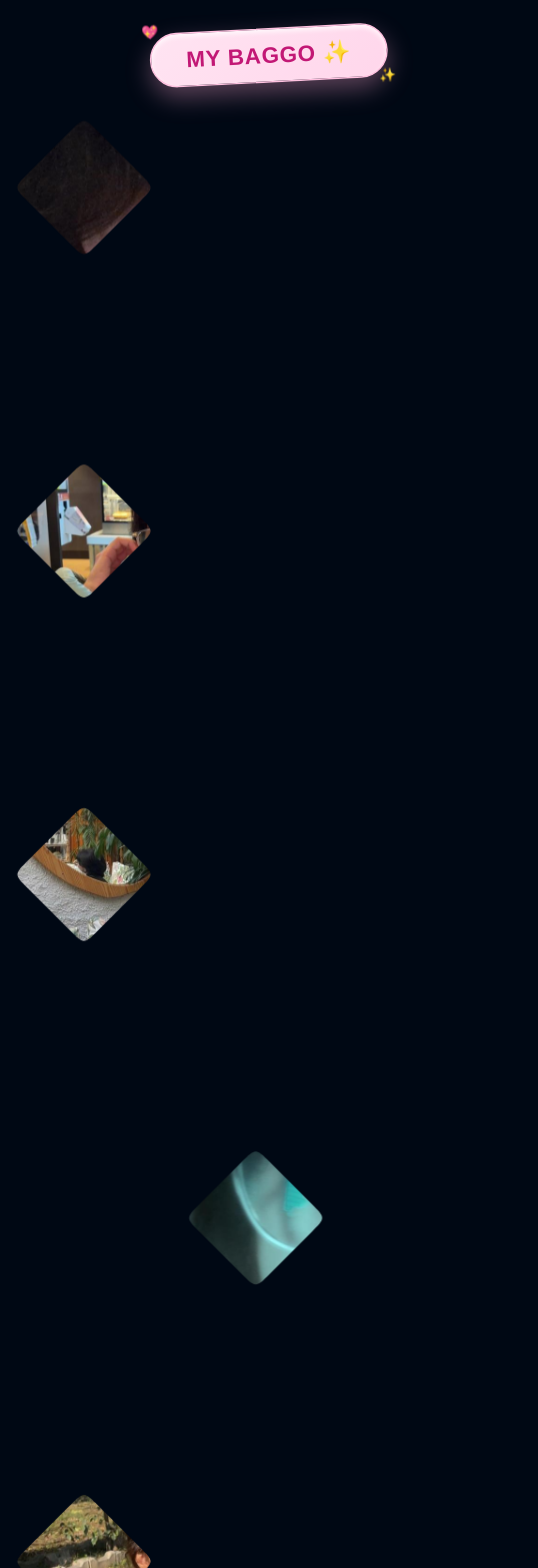
Repository: Drakaarys/muhehe
Page: gallery.html
The author's editor kept a copy of each file at every save. The page is drawn from the files as they stood at one save, then again after the next save.
The browser window is 768 px wide. The pictures show the part of the page from y = 0 to 2240 px (the page is 6579 px tall before and 824 px after), at 70% of full size.

Above is the page before, as saved 2026-02-26 16:19:23.

### gallery.html
<!DOCTYPE html>
<html lang="en">
<head>
<meta charset="UTF-8" />
<meta name="viewport" content="width=device-width, initial-scale=1.0" />
<title>Our Little Gallery ✨</title>

<style>
* {
	margin: 0;
	padding: 0;
	box-sizing: border-box;
}

body {
	min-height: 100vh;
	display: flex;
	justify-content: center;
	align-items: center;
	background: #000814;
	font-family: sans-serif;
}

/* Main container */
.main_container {
	display: flex;
	flex-direction: column;
	align-items: center;
	gap: 50px;
	padding: 40px 20px;
}

/* Heading */
/* 🌸 Super Cute Aesthetic Heading */
.gallery_heading {
	position: relative;
	padding: 18px 50px;
	border-radius: 100px;

	background: linear-gradient(135deg, #ffe4f2, #ffd6eb);
	border: 2px solid #ffc2e0;

	box-shadow:
		0 15px 35px rgba(255, 170, 210, 0.35),
		inset 0 4px 8px rgba(255, 255, 255, 0.8);

	transform: rotate(-3deg);
	transition: all 0.4s ease;
}

.gallery_heading:hover {
	transform: rotate(0deg) scale(1.08);
	box-shadow:
		0 20px 45px rgba(255, 170, 210, 0.5),
		inset 0 4px 10px rgba(255, 255, 255, 0.9);
}

/* 💗 Heading Text */
.gallery_heading p {
	color: #c21875;
	font-size: 2rem;
	font-weight: 700;
	letter-spacing: 1px;
	text-align: center;
}

/* ✨ Floating Decorative Hearts */
.gallery_heading::before,
.gallery_heading::after {
	position: absolute;
	font-size: 1.2rem;
	animation: floatCute 3s ease-in-out infinite;
}

.gallery_heading::before {
	content: "💖";
	top: -12px;
	left: -12px;
}

.gallery_heading::after {
	content: "✨";
	bottom: -12px;
	right: -12px;
	animation-delay: 1.5s;
}

@keyframes floatCute {
	0%,100% { transform: translateY(0); }
	50% { transform: translateY(-6px); }
}

/* Floating animation */
@keyframes floatHeading {
	0%, 100% { transform: translateY(0); }
	50% { transform: translateY(-8px); }
}

/* Gallery Grid */
.gallery_wrapper {
	--img-size: calc(100px - 0.5rem / 2);
	display: grid;
	gap: 0.5rem;
	grid-template-columns: repeat(6, var(--img-size));
	grid-template-rows: repeat(4, var(--img-size));
}

/* Images */
.gallery_wrapper img {
	max-width: 100%;
	aspect-ratio: 1;
	object-fit: cover;
	grid-column: span 2;
	border-radius: 0.5rem;

	clip-path: path(
		"M 80 20 C 100 0 100 0 120 20 C 140 40 160 60 180 80 C 200 100 200 100 180 120 C 160 140 140 160 120 180 C 100 200 100 200 80 180 C 60 160 40 140 20 120 C 0 100 0 100 20 80 Z"
	);

	transition: filter 500ms ease, clip-path 500ms ease;
}

/* Special positioning */
.gallery_wrapper img:nth-of-type(4),
.gallery_wrapper img:nth-of-type(9) {
	grid-column: 2 / span 2;
}

/* Hover effect */
.gallery_wrapper img:hover {
	z-index: 100;
	clip-path: path(
		"M 0 0 C 100 0 100 0 200 0 C 200 50 200 50 200 80 C 200 100 200 100 200 120 C 200 150 200 150 200 200 C 100 200 100 200 0 200 C 0 150 0 150 0 120 C 0 100 0 100 0 80 Z"
	);
}

.gallery_wrapper img:not(:hover) {
	animation: zIndexFix 500ms;
}

.gallery_wrapper:hover > img {
	filter: brightness(0.5) saturate(0.5);
}

.gallery_wrapper > img:hover {
	filter: brightness(1) saturate(1.5);
}

@keyframes zIndexFix {
	0%, 100% {
		z-index: 10;
	}
}

/* Responsive */
@media (max-width: 768px) {
	.gallery_wrapper {
		grid-template-columns: repeat(3, 1fr);
		grid-template-rows: auto;
	}
}
</style>
</head>

<body>

<div class="main_container">

	<div class="gallery_heading">
		<p>MY BAGGO ✨</p>
	</div>

	<article class="gallery_wrapper">

		<img src="photos/a.jpeg" alt="">
		<img src="photos/l.jpeg" alt="">
		<img src="photos/f.jpeg" alt="">
		<img src="photos/z.jpeg" alt="">
		<img src="photos/i.jpeg" alt="">
		<img src="photos/x.jpeg" alt="">
		<img src="photos/k.jpeg" alt="">
		<img src="photos/w.jpeg" alt="">
		<img src="photos/e.jpeg" alt="">
		<img src="photos/p.jpeg" alt="">
		<img src="photos/q.jpeg" alt="">
		<img src="photos/m.jpeg" alt="">
		<img src="photos/t.jpeg" alt="">

	</article>

</div>

</body>
</html>

After the next save:
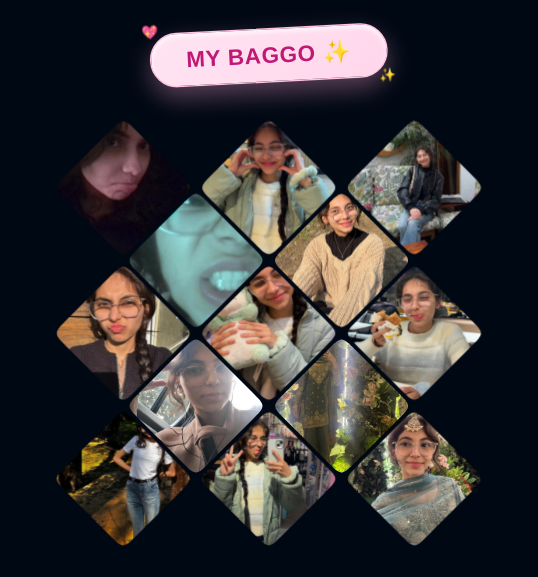
Saved 7 min 29 s later.
--- a/gallery.html
+++ b/gallery.html
@@ -153,12 +153,12 @@ body {
 }
 
 /* Responsive */
-@media (max-width: 768px) {
+/* @media (max-width: 768px) {
 	.gallery_wrapper {
 		grid-template-columns: repeat(3, 1fr);
 		grid-template-rows: auto;
 	}
-}
+} */
 </style>
 </head>
 
